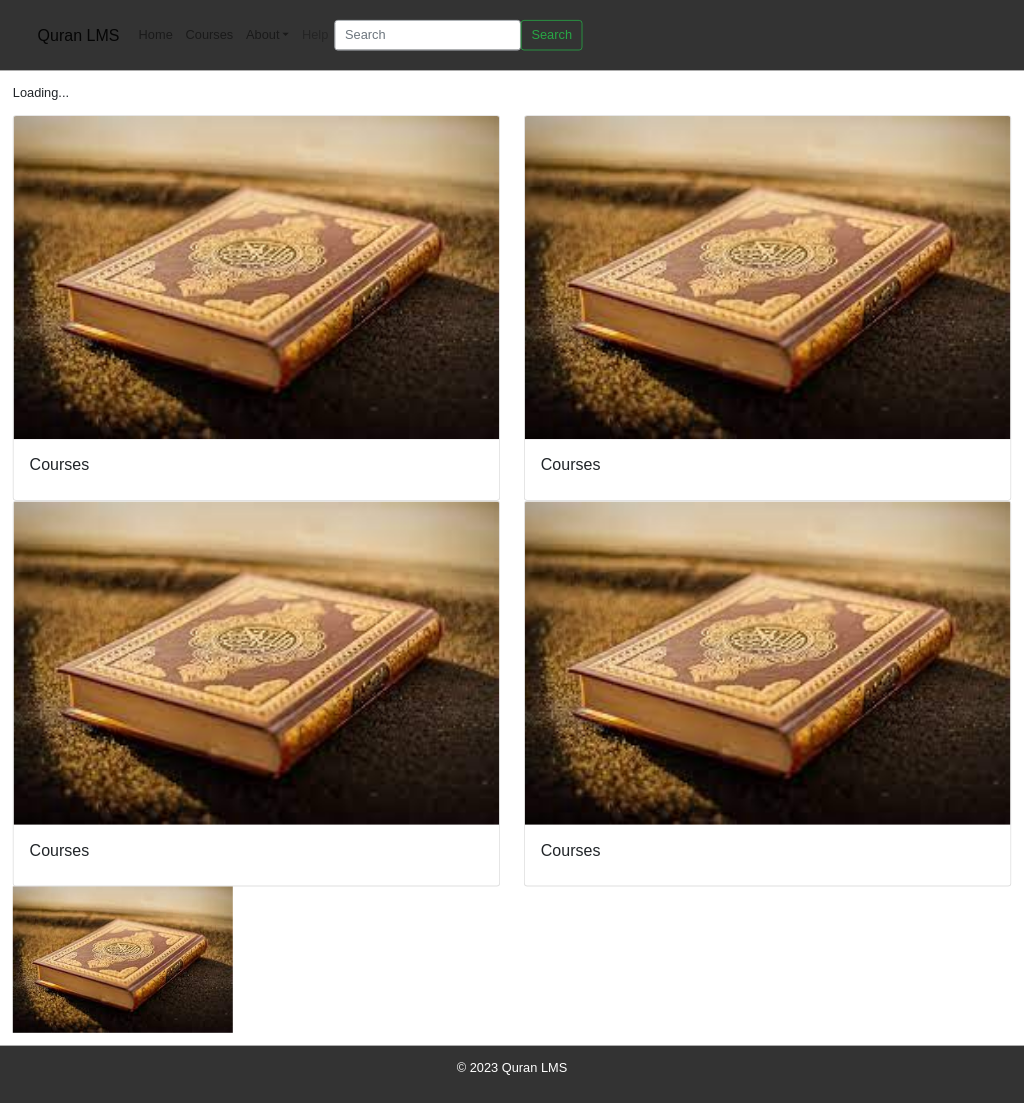
Repository: talha-mahmood/Quran-Lms-react
Page: /
These files come from the project's save history. The page is drawn as it stood at one moment and after a run of saves; the edit follows.
The browser window is 1280 px wide. The pictures show the whole page, at 80% of full size.
The page's requests for data from a server got no answer. The project was rebuilt for these pictures with package versions that can differ from the ones it lists, and the page was loaded fresh each time. No one was signed in, and anything a server would have sent is missing.

Above is the page before, as saved 2023-03-08 01:43:47.

### public/index.html
<!DOCTYPE html>
<html lang="en">
  <head>
    <meta charset="utf-8" />
    <link rel="icon" href="%PUBLIC_URL%/favicon.ico" />
    <meta name="viewport" content="width=device-width, initial-scale=1" />
    <meta name="theme-color" content="#000000" />
    <meta
      name="description"
      content="Web site created using create-react-app"
    />

    <link rel="apple-touch-icon" href="%PUBLIC_URL%/logo192.png" />
    <link rel="stylesheet" href="https://cdn.jsdelivr.net/npm/bootstrap@4.4.1/dist/css/bootstrap.min.css" integrity="sha384-Vkoo8x4CGsO3+Hhxv8T/Q5PaXtkKtu6ug5TOeNV6gBiFeWPGFN9MuhOf23Q9Ifjh" crossorigin="anonymous">
    <script src="https://code.jquery.com/jquery-3.4.1.slim.min.js" integrity="sha384-J6qa4849blE2+poT4WnyKhv5vZF5SrPo0iEjwBvKU7imGFAV0wwj1yYfoRSJoZ+n" crossorigin="anonymous"></script>
   <script src="https://cdn.jsdelivr.net/npm/popper.js@1.16.0/dist/umd/popper.min.js" integrity="sha384-Q6E9RHvbIyZFJoft+2mJbHaEWldlvI9IOYy5n3zV9zzTtmI3UksdQRVvoxMfooAo" crossorigin="anonymous"></script>
   <script src="https://cdn.jsdelivr.net/npm/bootstrap@4.4.1/dist/js/bootstrap.min.js" integrity="sha384-wfSDF2E50Y2D1uUdj0O3uMBJnjuUD4Ih7YwaYd1iqfktj0Uod8GCExl3Og8ifwB6" crossorigin="anonymous"></script>
    <!--
      manifest.json provides metadata used when your web app is installed on a
      user's mobile device or desktop. See https://developers.google.com/web/fundamentals/web-app-manifest/
    -->
    <link rel="manifest" href="%PUBLIC_URL%/manifest.json" />
    <!--
      Notice the use of %PUBLIC_URL% in the tags above.
      It will be replaced with the URL of the `public` folder during the build.
      Only files inside the `public` folder can be referenced from the HTML.

      Unlike "/favicon.ico" or "favicon.ico", "%PUBLIC_URL%/favicon.ico" will
      work correctly both with client-side routing and a non-root public URL.
      Learn how to configure a non-root public URL by running `npm run build`.
    -->
    <title>React App</title>
  </head>
  <body>
    <noscript>You need to enable JavaScript to run this app.</noscript>
    <div id="root"></div>

    <!--
      This HTML file is a template.
      If you open it directly in the browser, you will see an empty page.

      You can add webfonts, meta tags, or analytics to this file.
      The build step will place the bundled scripts into the <body> tag.

      To begin the development, run `npm start` or `yarn start`.
      To create a production bundle, use `npm run build` or `yarn build`.
    -->
  </body>
</html>

### src/App.js
import './App.css';
import React,{Component} from 'react';
import Button from 'react-bootstrap/Button';
import Container from 'react-bootstrap/Container';
import Form from 'react-bootstrap/Form';
import Nav from 'react-bootstrap/Nav';
import Navbar from 'react-bootstrap/Navbar';
import NavDropdown from 'react-bootstrap/NavDropdown';
import Card from 'react-bootstrap/Card';
import Col from 'react-bootstrap/Col';
import Row from 'react-bootstrap/Row';
import myimg from './download.jpeg'
class QuranLMS extends Component {
  state = {
    verses: [],
    isLoading: true
  };

  async componentDidMount() {
    const response = await fetch("https://api.quran.com/api/v4/quran/verses/uthmani?chapter_number=1");
    const data = await response.json();
    this.setState({
      verses: data.verses,
      isLoading: false
    });
  }

  render() {
    const { verses, isLoading } = this.state;
    return (
      <div>


          <div>
          <header>
          <Navbar bg="" expand="lg" >
      <Container fluid>
        <Navbar.Brand href="#" >Quran LMS</Navbar.Brand>
        <Navbar.Toggle aria-controls="navbarScroll" />
        <Navbar.Collapse id="navbarScroll">
          <Nav
            className="me-auto my-2 my-lg-0"
            style={{ maxHeight: '100px' }}
            navbarScroll
          >
            <Nav.Link href="#action1">Home</Nav.Link>
            <Nav.Link href="#action2">Courses</Nav.Link>
            <NavDropdown title="About" id="navbarScrollingDropdown">
              <NavDropdown.Item href="#action3">Register</NavDropdown.Item>
              <NavDropdown.Item href="#action4">
                Another action
              </NavDropdown.Item>
              <NavDropdown.Divider />
              <NavDropdown.Item href="#action5">
                Something else here
              </NavDropdown.Item>
            </NavDropdown>
            <Nav.Link href="#" disabled>
              Help
            </Nav.Link>
          </Nav>
          <Form className="d-flex">
            <Form.Control
              type="search"
              placeholder="Search"
              className="me-2"
              aria-label="Search"
            />
            <Button variant="outline-success">Search</Button>
          </Form>
        </Navbar.Collapse>
      </Container>
    </Navbar>
    </header>
          </div>



        <main>
          {isLoading ? (
            <p>Loading...</p>
          ) : (
            verses.map((verse) => (
              <p key={verse.id}>{verse.text_uthmani}</p>
            ))
          )}
          <div>
          <Row xs={1} md={2} className="g-4">
      {Array.from({ length: 4 }).map((_, idx) => (
        <Col>
          <Card>
            <Card.Img variant="top" src={myimg} />

            <Card.Body>
              <Card.Title>Courses</Card.Title>
              <Card.Text>

              </Card.Text>
            </Card.Body>
          </Card>
        </Col>
      ))}
    </Row>
          </div>
          <img src={myimg} alt='a'/>
        </main>
        <footer>
          <p>&copy; 2023 Quran LMS</p>
        </footer>
      </div>
    );
  }
}

export default QuranLMS;

### src/App.css
body {
  font-family: Arial, sans-serif;
  margin: 0;
}

header {
  background-color: #333;
  color: #fff;
  padding: 1em;
}

header h1 {
  margin: 0;
}

main {
  padding: 1em;
}

footer {
  background-color: #333;
  color: #fff;
  padding: 1em;
  text-align: center;
}

Loaded but not shown: src/index.js (common file); src/index.css (common file); src/reportWebVitals.js (common file)

After the next 4 saves:
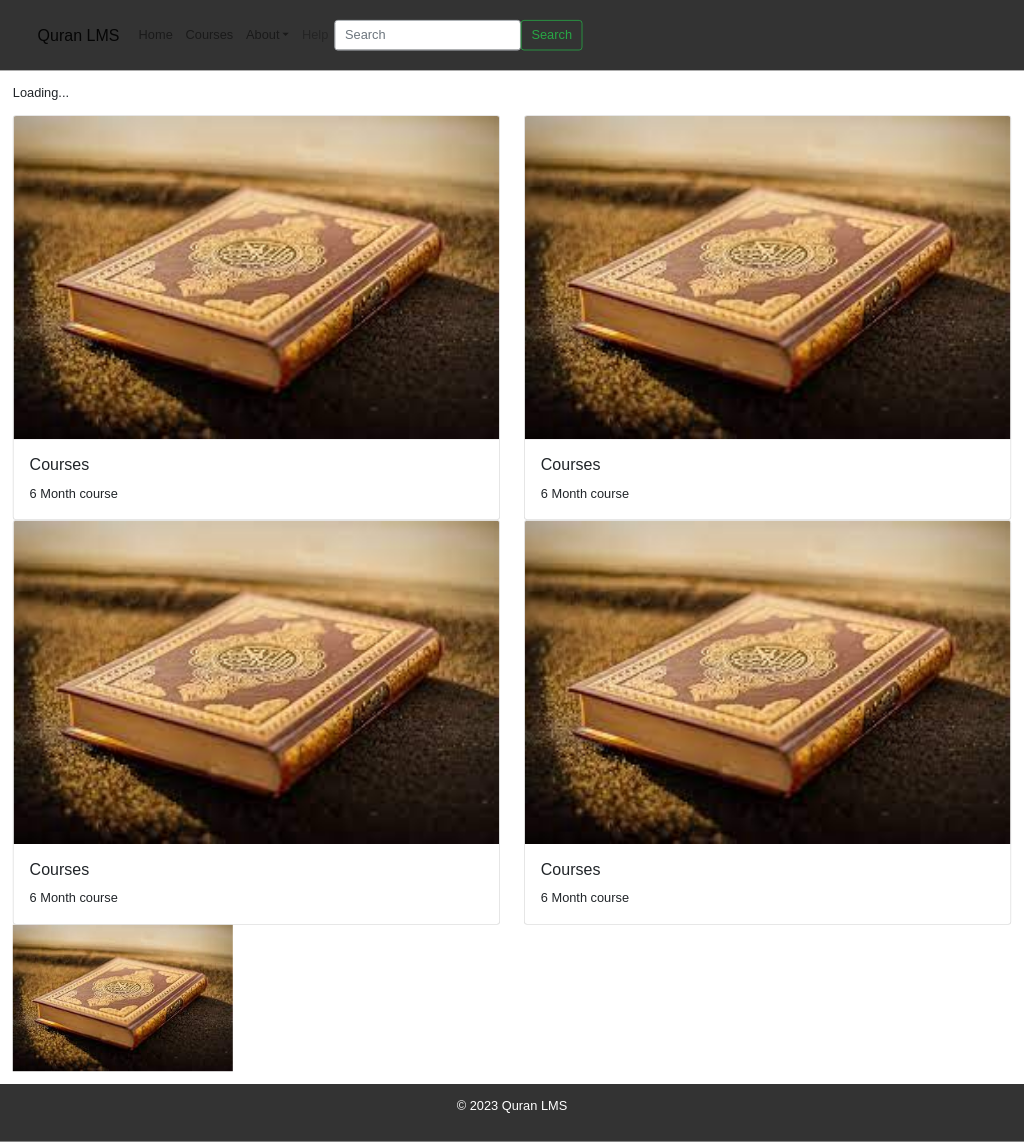
The 4 saves are shown as one change because they came seconds apart.
The last was saved 13 s later.
--- a/src/App.js
+++ b/src/App.js
@@ -94,7 +94,7 @@ class QuranLMS extends Component {
             <Card.Body>
               <Card.Title>Courses</Card.Title>
               <Card.Text>
-
+                6 Month course
               </Card.Text>
             </Card.Body>
           </Card>
